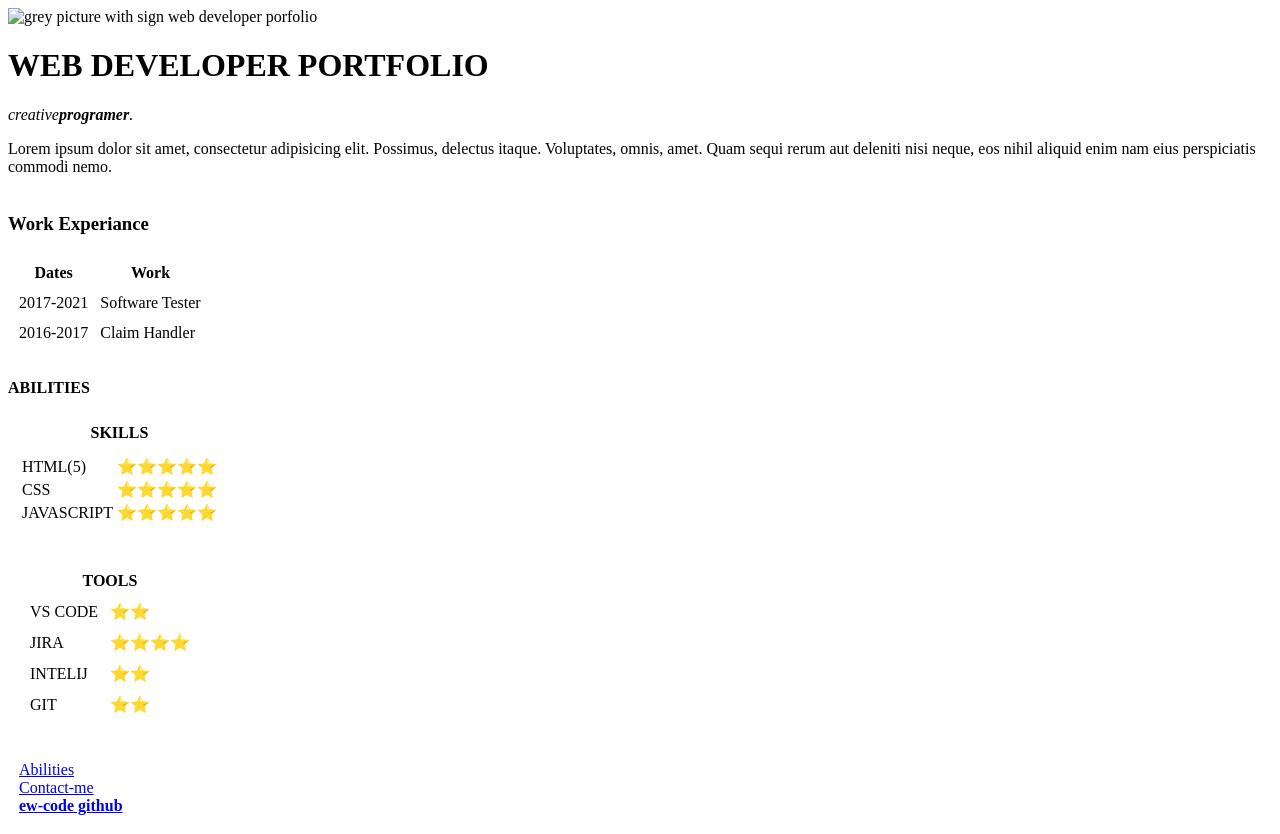
Repository: ew-code/Web-Development
Page: HTML - Personal Site/index.html
An editor plug-in stored every save of this project. The page is shown before and after a run of saves, followed by the edit.
The browser window is 1280 px wide. The pictures show the whole page.

Above is the page before, as saved 2021-01-05 21:51:19.

After the next 2 saves:
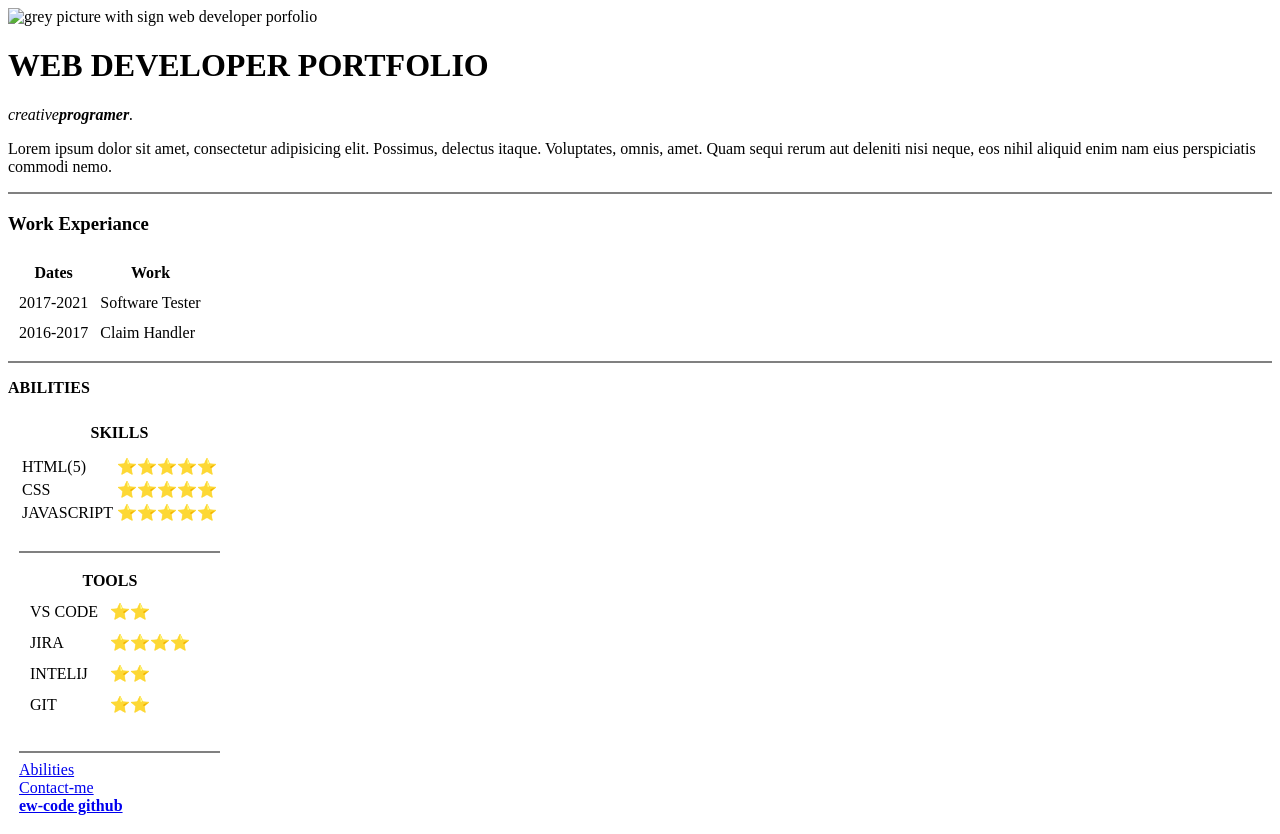
The 2 saves are shown as one change because they came seconds apart.
The last was saved 9 s later.
--- a/HTML - Personal Site/index.html
+++ b/HTML - Personal Site/index.html
@@ -8,7 +8,7 @@
    }
 
    hr {
-     background-color: white;
+     background-color: grey;
      border-style: none;
      height: 2px;
    }

After the save that followed:
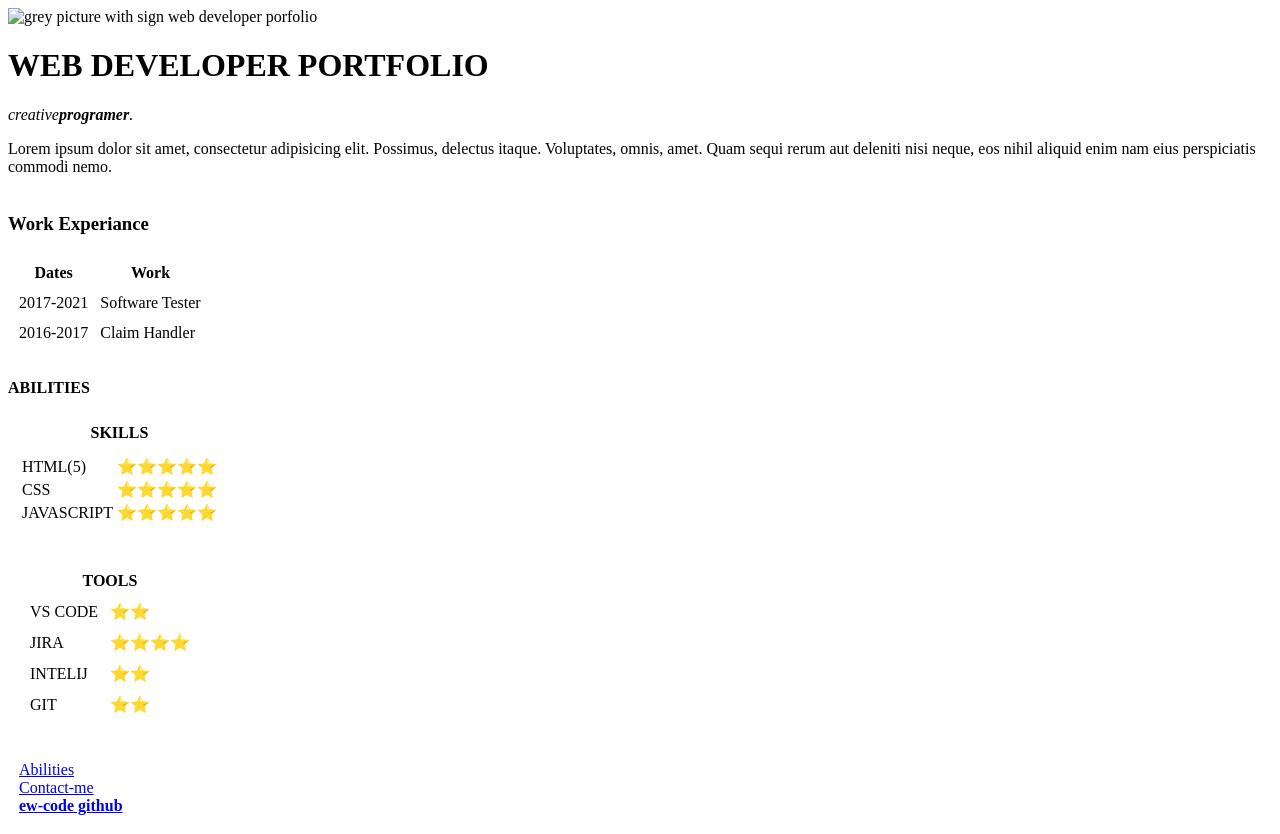
Saved 13 s later.
--- a/HTML - Personal Site/index.html
+++ b/HTML - Personal Site/index.html
@@ -8,7 +8,7 @@
    }
 
    hr {
-     background-color: grey;
+     background-color: li;
      border-style: none;
      height: 2px;
    }
